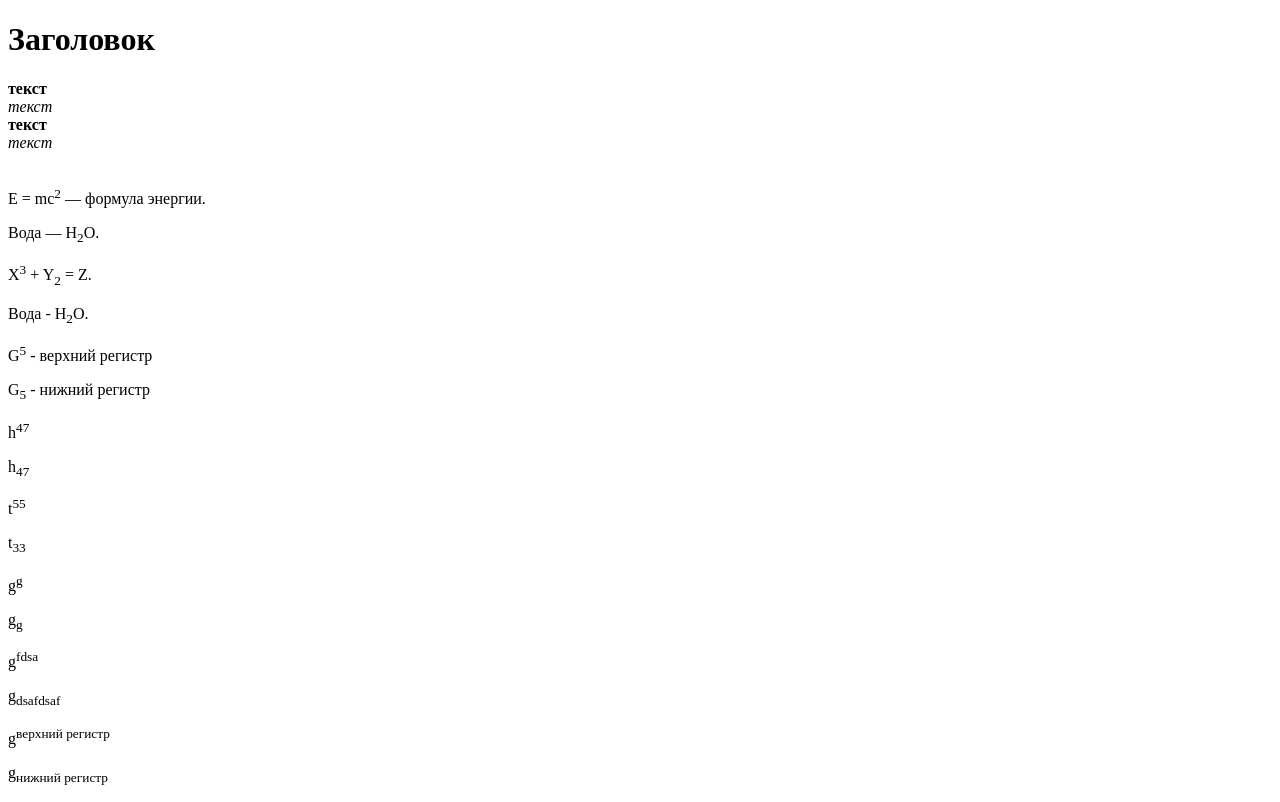
Repository: sannikovcode/exercises-a1
Page: JS/test1/task4/index.html
An editor plug-in stored every save of this project. The page is shown before and after the next save, followed by the edit.
The browser window is 1280 px wide. The pictures show the whole page.

Above is the page before, as saved 2025-10-16 15:08:15.

After the next save:
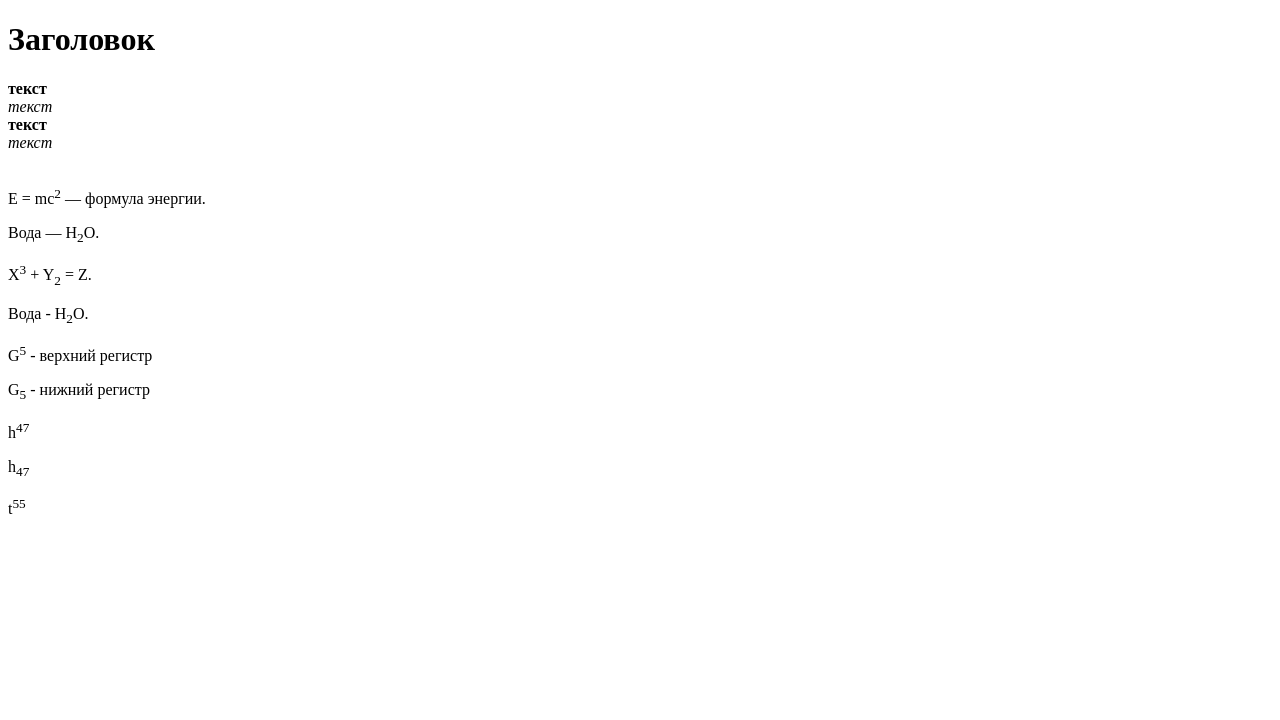
Saved 37 s later.
--- a/JS/test1/task4/index.html
+++ b/JS/test1/task4/index.html
@@ -27,16 +27,15 @@
 
     <p>t<sup>55</sup></p>
 
-    <p>t<sub>33</sub></p>
 
-    <p>g<sup>g</sup></p>
-    <p>g<sub>g</sub></p>
 
-    <p>g<sup>fdsa</sup></p>
-    <p>g<sub>dsafdsaf</sub></p>
 
-    <p>g<sup>верхний регистр</sup></p>
-    <p>g<sub>нижний регистр</sub></p>
+
+
+
+
+
+
 
 
 
